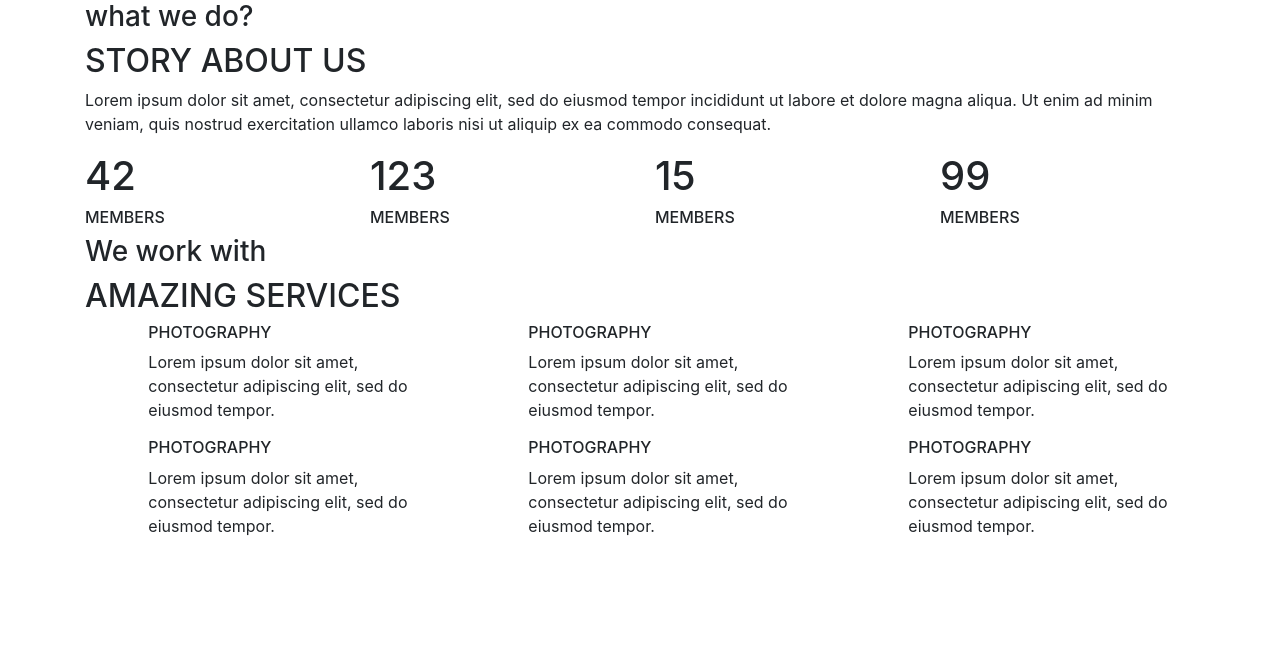
Repository: nourabdelhakam/MoGo-template
Page: index.html
The author's editor kept a copy of each file at every save. The page is drawn from the files as they stood at one save, then again after the next save.
The browser window is 1280 px wide. The pictures show the whole page.
Some web libraries are served in a nearby version. The style sheet was rebuilt from its Sass, Less or Tailwind sources for each picture, by a compiler version that may differ from the author's.

Above is the page before, as saved 2021-02-21 19:09:05.

### index.html
<!DOCTYPE html>
<html lang="en">
<head>
    <meta charset="UTF-8">
    <meta name="viewport" content="width=device-width, initial-scale=1.0">
    <link rel="stylesheet" href="https://cdnjs.cloudflare.com/ajax/libs/font-awesome/5.8.2/css/all.min.css" crossorigin="anonymous" />
    <title>Document</title>
    <link rel="stylesheet" href="css/bootstrap.min.css">
    <link rel="stylesheet" href="sass/main.css">
</head>
<body>
    <!-- WHAT WE DO------------------------------------- -->
    <section>
        <div class="container">
            <h3>what we do?</h3>
            <h2>STORY ABOUT US</h2>
            <p>Lorem ipsum dolor sit amet, consectetur adipiscing elit, sed do eiusmod tempor incididunt ut labore et dolore magna aliqua. Ut enim ad minim veniam, quis nostrud exercitation ullamco laboris nisi ut aliquip ex ea commodo consequat.</p>
            <div class="row"></div>
        </div>
    </section>
    <!--ENd WHAT WE DO------------------------------------- -->

    <!--STATISTICS------------------------------------- -->
    <section>
        <div class="container">
            <div class="row">
                <div class="col">
                    <h1>42</h1>
                    <h6>MEMBERS</h6>
                </div>
                <div class="col">
                    <h1>123</h1>
                    <h6>MEMBERS</h6>
                </div>
                <div class="col">
                    <h1>15</h1>
                    <h6>MEMBERS</h6>
                </div>
                <div class="col">
                    <h1>99</h1>
                    <h6>MEMBERS</h6>
                </div>
            </div>
        </div>
    </section>
    <!--END OF STATISTICS------------------------------------- -->

    <!-- We work with -------------------------------------------->
    <section>
        <div class="container">
            <h3>We work with</h3>
            <h2>AMAZING SERVICES</h2>
            <div class="row">

                <div class="col-12 col-md-4">
                    <div class="row">
                        <div class="col-2"></div>
                        <div class="col-10">
                            <h6>PHOTOGRAPHY</h6>
                            <p>Lorem ipsum dolor sit amet, consectetur adipiscing elit, sed do eiusmod tempor.</p>
                        </div>
                    </div>
                </div>

                <div class="col-12 col-md-4">
                    <div class="row">
                        <div class="col-2"></div>
                        <div class="col-10">
                            <h6>PHOTOGRAPHY</h6>
                            <p>Lorem ipsum dolor sit amet, consectetur adipiscing elit, sed do eiusmod tempor.</p>
                        </div>
                    </div>
                </div>

                <div class="col-12 col-md-4">
                    <div class="row">
                        <div class="col-2"></div>
                        <div class="col-10">
                            <h6>PHOTOGRAPHY</h6>
                            <p>Lorem ipsum dolor sit amet, consectetur adipiscing elit, sed do eiusmod tempor.</p>
                        </div>
                    </div>
                </div>

                <div class="col-12 col-md-4">
                    <div class="row">
                        <div class="col-2"></div>
                        <div class="col-10">
                            <h6>PHOTOGRAPHY</h6>
                            <p>Lorem ipsum dolor sit amet, consectetur adipiscing elit, sed do eiusmod tempor.</p>
                        </div>
                    </div>
                </div>

                <div class="col-12 col-md-4">
                    <div class="row">
                        <div class="col-2"></div>
                        <div class="col-10">
                            <h6>PHOTOGRAPHY</h6>
                            <p>Lorem ipsum dolor sit amet, consectetur adipiscing elit, sed do eiusmod tempor.</p>
                        </div>
                    </div>
                </div>

                <div class="col-12 col-md-4">
                    <div class="row">
                        <div class="col-2"></div>
                        <div class="col-10">
                            <h6>PHOTOGRAPHY</h6>
                            <p>Lorem ipsum dolor sit amet, consectetur adipiscing elit, sed do eiusmod tempor.</p>
                        </div>
                    </div>
                </div>
            </div>
        </div>
    </section>
    <!-- end of We work with -------------------------------------------->


   <!-----------------------.------------------------------------------- -- -->
   <script src="js/jquery-3.5.1.slim.min.js"></script>
   <script src="js/popper.min.js"></script>

   <script src="js/bootstrap.min.js"></script>
</body>
</html>

Loaded but not shown: css/bootstrap.min.css (library); js/jquery-3.5.1.slim.min.js (library); js/popper.min.js (library); js/bootstrap.min.js (library); sass/main.scss (empty)

After the next save:
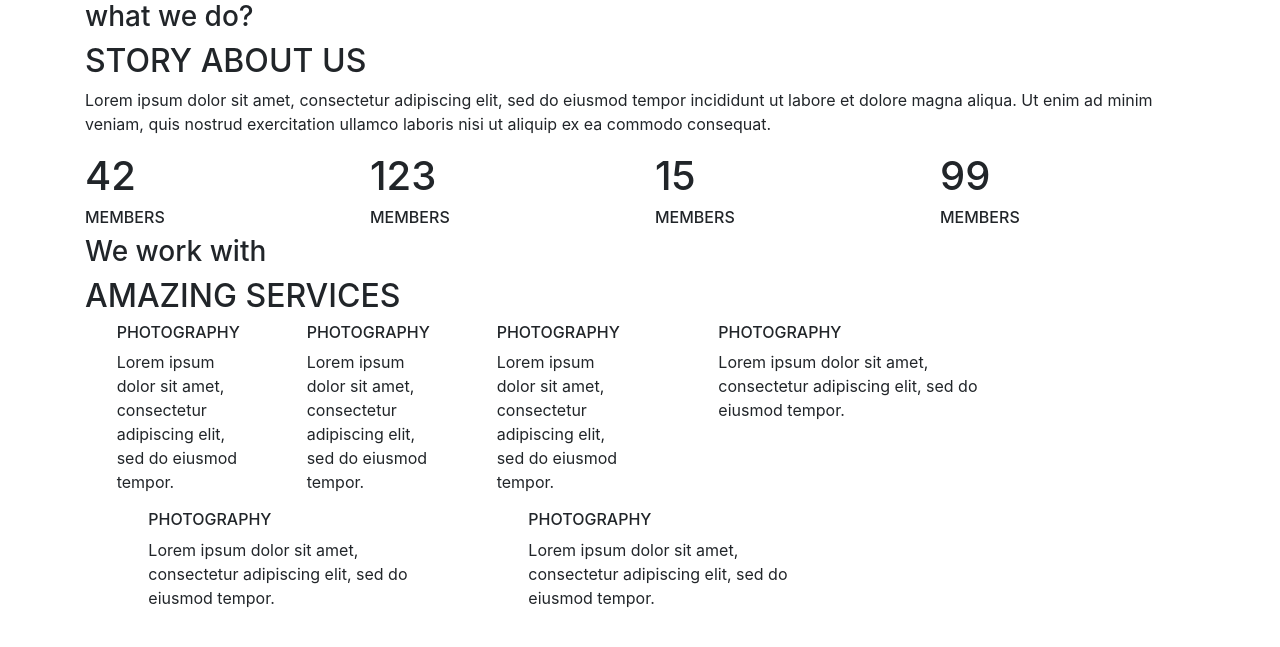
Saved 3 min 41 s later.
--- a/index.html
+++ b/index.html
@@ -52,7 +52,7 @@
             <h2>AMAZING SERVICES</h2>
             <div class="row">
 
-                <div class="col-12 col-md-4">
+                <div class="col-xl-2 col-md-4 col-sm-6 col-xs-12">
                     <div class="row">
                         <div class="col-2"></div>
                         <div class="col-10">
@@ -62,7 +62,7 @@
                     </div>
                 </div>
 
-                <div class="col-12 col-md-4">
+                <div class="col-xl-2 col-md-4 col-sm-6 col-xs-12">
                     <div class="row">
                         <div class="col-2"></div>
                         <div class="col-10">
@@ -72,7 +72,7 @@
                     </div>
                 </div>
 
-                <div class="col-12 col-md-4">
+                <div class="col-xl-2 col-md-4 col-sm-6 col-xs-12">
                     <div class="row">
                         <div class="col-2"></div>
                         <div class="col-10">

After the 2 saves that followed:
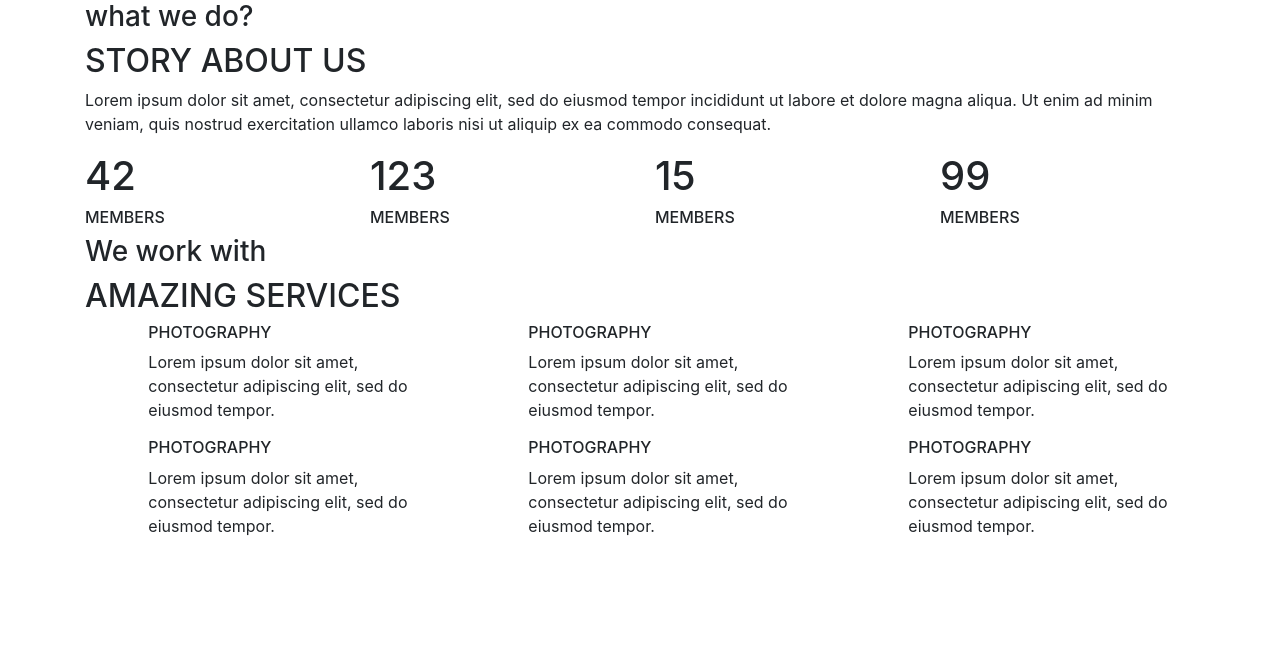
The 2 saves are shown as one change because 1 left the picture as it was.
The last was saved 98 s later.
--- a/index.html
+++ b/index.html
@@ -52,7 +52,7 @@
             <h2>AMAZING SERVICES</h2>
             <div class="row">
 
-                <div class="col-xl-2 col-md-4 col-sm-6 col-xs-12">
+                <div class="col-xl-4 col-md-4 col-sm-12 col-xs-12">
                     <div class="row">
                         <div class="col-2"></div>
                         <div class="col-10">
@@ -62,7 +62,7 @@
                     </div>
                 </div>
 
-                <div class="col-xl-2 col-md-4 col-sm-6 col-xs-12">
+                <div class="col-xl-4 col-md-4 col-sm-12 col-xs-12">
                     <div class="row">
                         <div class="col-2"></div>
                         <div class="col-10">
@@ -72,7 +72,7 @@
                     </div>
                 </div>
 
-                <div class="col-xl-2 col-md-4 col-sm-6 col-xs-12">
+                <div class="col-xl-4 col-md-4 col-sm-12 col-xs-12">
                     <div class="row">
                         <div class="col-2"></div>
                         <div class="col-10">
